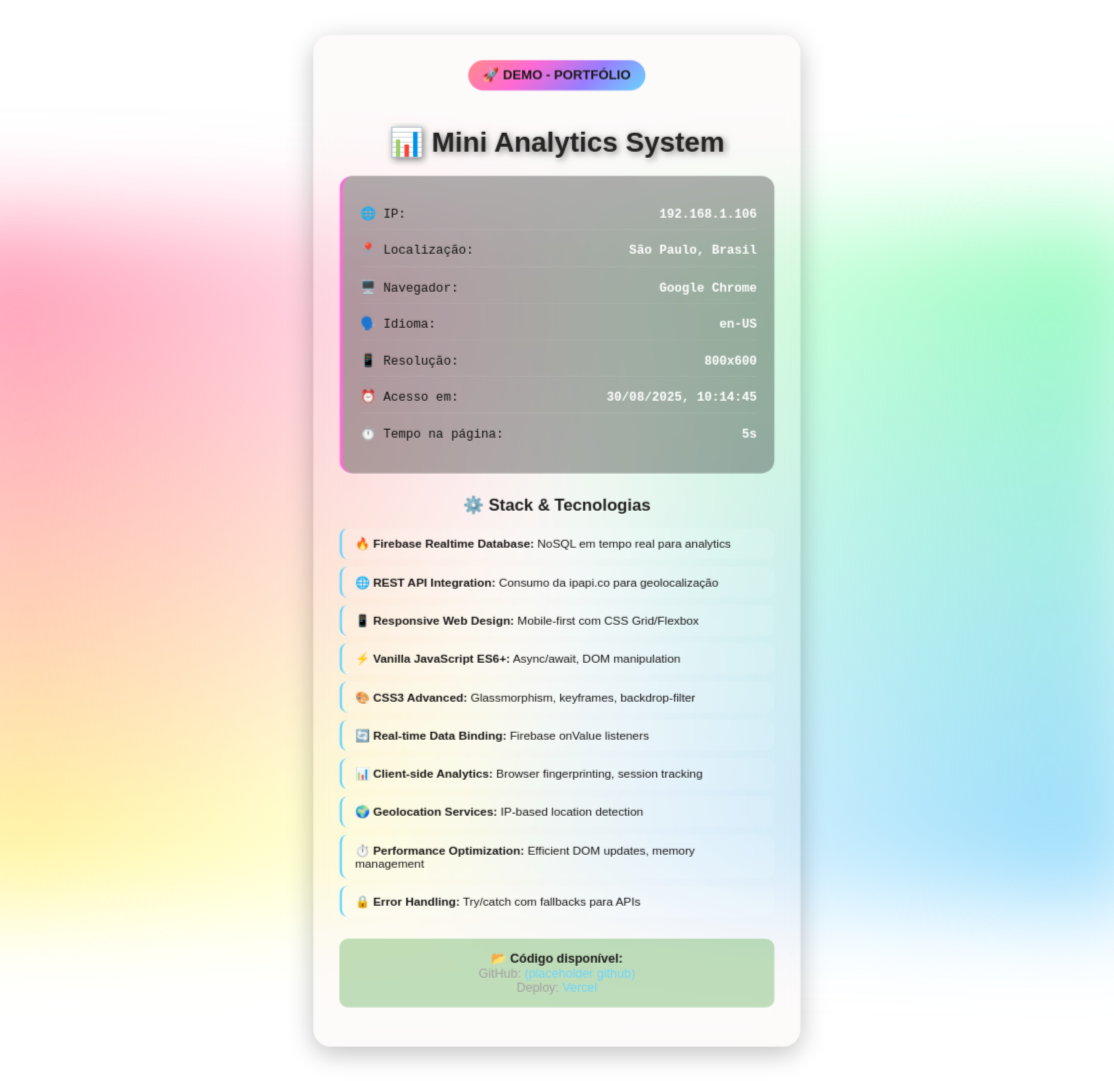
Repository: nardogod/mini-analytics
Page: mini.html
These files come from the project's save history. The page is drawn as it stood at one moment and after the next save; the edit follows.
The browser window is 1280 px wide. The pictures show the whole page, at 87% of full size.

Above is the page before, as saved 2025-08-30 10:49:27.

After the next save:
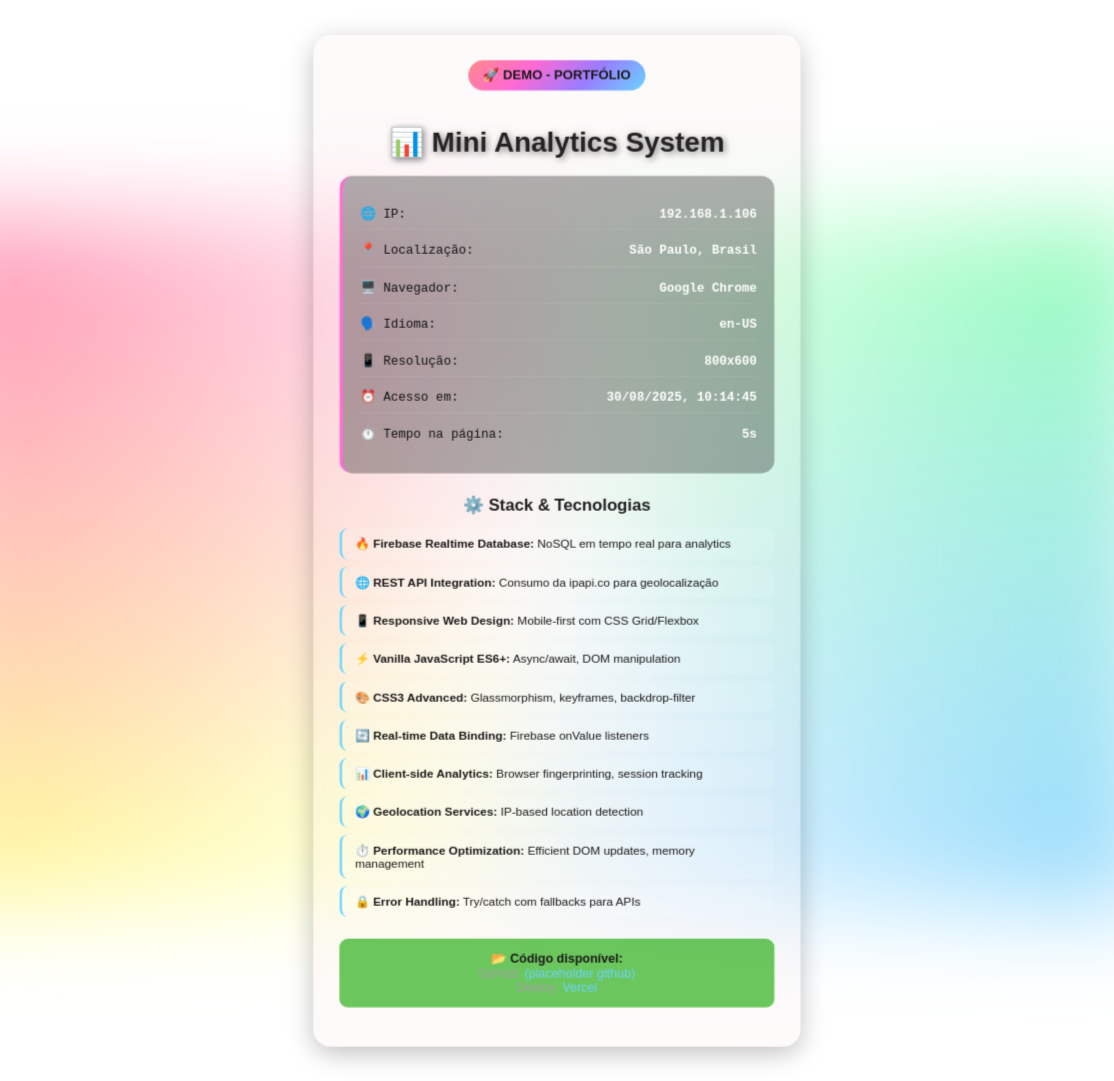
Saved 16 s later.
--- a/mini.html
+++ b/mini.html
@@ -275,7 +275,7 @@
         <div style="margin-top: 25px; text-align: center; font-size: 0.9rem">
           <div
             style="
-              background: rgba(55, 156, 41, 0.3);
+              background: rgba(34, 173, 15, 0.664);
               padding: 15px;
               border-radius: 10px;
               margin: 15px 0;
